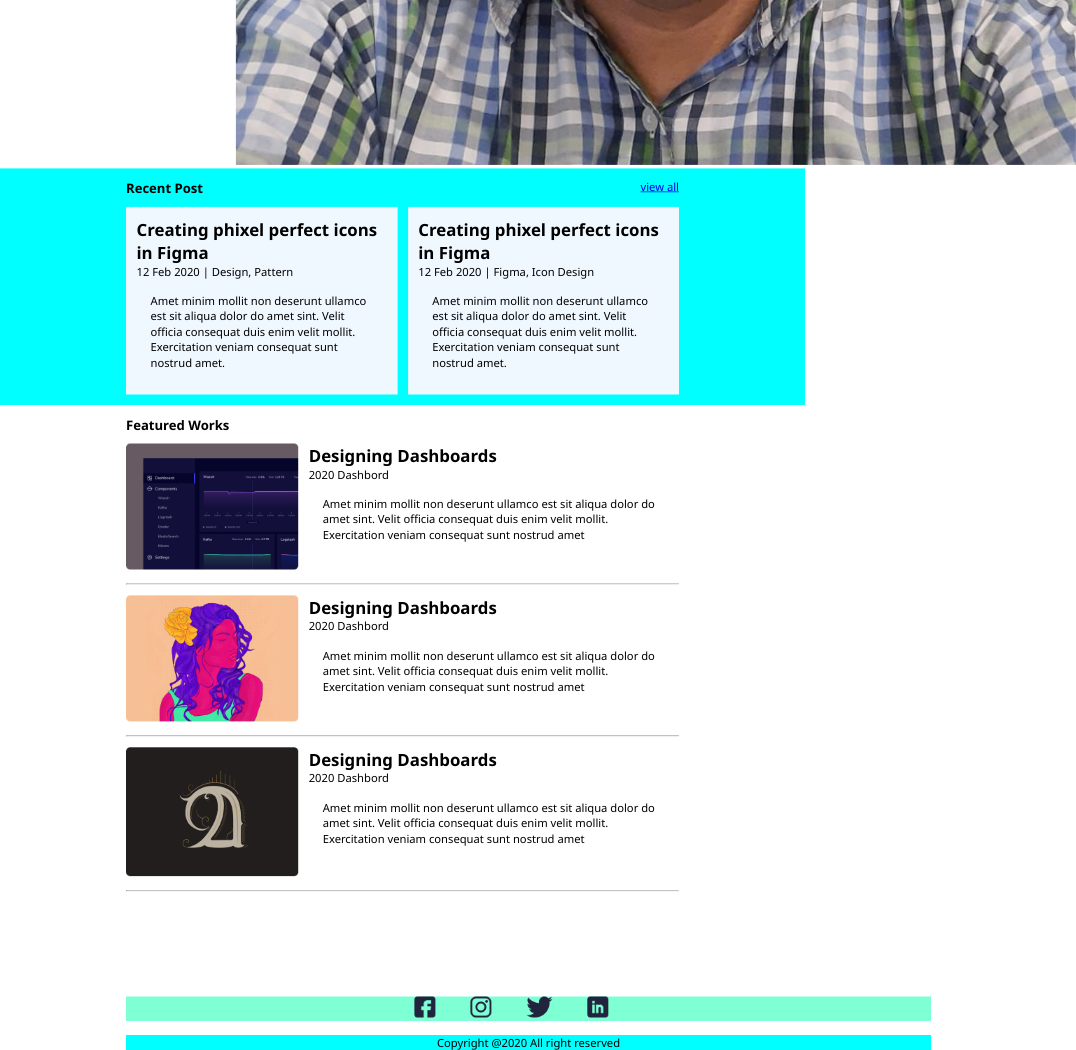
Repository: jafetdn73/portofolio
Page: index.html
These files come from the project's save history. The page is drawn as it stood at one moment and after the next save; the edit follows.
The browser window is 1280 px wide. The page is 1537 px wide, so the pictures cover 1537 px, including what lies to the right of the window. The pictures show the part of the page from y = 1162 to 2762 px (the page is 2662 px tall before and 2762 px after), at 70% of full size.

Above is the page before, as saved 2022-02-23 16:36:51.

### index.html
<!DOCTYPE html>
<html lang="en">
<head>
    <meta charset="UTF-8">
    <meta http-equiv="X-UA-Compatible" content="IE=edge">
    <meta name="viewport" content="width=device-width, initial-scale=1.0">
    <link rel="stylesheet" href="figma.css">
    <title>Belajar HTML CSS</title>
</head>
<body>
    <div class="container">
        <!-- Start Menu Bar -->
        <div class="menu-bar">
            <ul>
                <li>
                    Work
                </li>
                <li>
                    Blog
                </li>
                <li>
                    Contact
                </li>
            </ul>
        </div>
        <!-- Starr Hero -->
        <div class="hero">
            <div class="hero-text">
                <h1>Hi, I am Jafet,<br/>
                    Fullstack Engineer
                </h1>
                <p>
                    Amet minim mollit non deserunt ullamco est sit aliqua dolor do amet sint. Velit officia consequat duis enim velit mollit. Exercitation veniam consequat sunt nostrud amet.
                </p>
                <button>Download Resume</button>
            </div>
            <div class="hero-image">
                <img src="jafet.png"/>
            </div>
        </div>
        <!-- Start Post -->
        <div class="post">
            <div class="post-navi">
                <h3>Recent Post</h3>
                <a href="http://detik.com">view all</a>
            </div>
            <div class="post-content">
                <div class="post-content-detail">
                    <h2>Creating phixel perfect icons in Figma</h2>
                    <label>12 Feb 2020</label>
                    <label>|</label>
                    <label>Design, Pattern</label>
                    <p>
                        Amet minim mollit non deserunt ullamco est sit aliqua dolor do amet sint. Velit officia consequat duis enim velit mollit. Exercitation veniam consequat sunt nostrud amet.
                    </p>
                </div>
                <div class="post-content-detail">
                    <h2>Creating phixel perfect icons in Figma</h2>
                    <label>12 Feb 2020</label>
                    <label>|</label>
                    <label>Figma, Icon Design</label>
                    <p>
                        Amet minim mollit non deserunt ullamco est sit aliqua dolor do amet sint. Velit officia consequat duis enim velit mollit. Exercitation veniam consequat sunt nostrud amet.
                    </p>
                </div>
            </div>
        </div>
        <!-- Start Featured -->
        <div class="featured">
            <h3>Featured Works</h3>
            <div class="featured-detail">
                <div class="featured-image">
                    <img src="Rectangle 30.png"/>
                </div>
                <div class="featured-text">
                    <h2>Designing Dashboards</h2>
                    <label>2020</label>
                    <label>Dashbord</label>
                    <p>
                        Amet minim mollit non deserunt ullamco est sit aliqua dolor do amet sint. Velit officia consequat duis enim velit mollit. Exercitation veniam consequat sunt nostrud amet
                    </p>
                </div>
            </div>
            <hr/>
            <div class="featured-detail">
                <div class="featured-image">
                    <img src="Rectangle 32.png"/>
                </div>
                <div class="featured-text">
                    <h2>Designing Dashboards</h2>
                    <label>2020</label>
                    <label>Dashbord</label>
                    <p>
                        Amet minim mollit non deserunt ullamco est sit aliqua dolor do amet sint. Velit officia consequat duis enim velit mollit. Exercitation veniam consequat sunt nostrud amet
                    </p>
                </div>
            </div>
            <hr/>
            <div class="featured-detail">
                <div class="featured-image">
                    <img src="Rectangle 34.png"/>
                </div>
                <div class="featured-text">
                    <h2>Designing Dashboards</h2>
                    <label>2020</label>
                    <label>Dashbord</label>
                    <p>
                        Amet minim mollit non deserunt ullamco est sit aliqua dolor do amet sint. Velit officia consequat duis enim velit mollit. Exercitation veniam consequat sunt nostrud amet
                    </p>
                </div>
            </div>
            <hr/>
        </div>
        <!-- Start Social Media -->
        <div class="social-media"><img src="fb.png"/><img src="insta.png"/><img src="group.png"/><img src="linkedin.png"/></div>
        <div class="copyright">Copyright @2020 All right reserved</div>
    </div>
</body>
</html>

### figma.css
* {
    margin: 0;
    font-family:'Segoe UI', Tahoma, Geneva, Verdana, sans-serif
}

.container {
    width: 1150px;
}

.menu-bar {
    display: flex;
    justify-content: flex-end;
    margin-top: 20px;
}

.menu-bar ul li {
    display: inline;
    margin-right: 30px;
    font-size: 20px;
}

/* Start Hero */
.hero {
    display: flex;
    justify-content: space-around;
    margin-top: 150px;
    padding: 0 100px;
}

.hero-text {
    width: 450px;
}

.hero-text h1 {
    font-size: 44px;
    font-weight: 400px;
}

.hero-text p {
    font-size: 16px;
}

.hero-text h1, p, button
{
    margin: 20px;
}

.hero-text button {
    background-color: #FF6464;
    border-style: none;
    padding: 15px;
    font-size: 20px;
    color: white;
}

/* Start Post */
.post {
    background-color:aqua;
    padding:15px 180px;
}

.post-navi {
    display :flex;
    justify-content:space-between ;
}

.post-content {
    display: flex;
    margin-top: 15px;
    gap:15px;
}

.post-content-detail {
    background-color: aliceblue;
    padding:15px;
}

/* Start Featured */
.featured {
    margin : 15px 180px;
    gap:15px;
}

.featured-detail {
    display:flex;
    margin-top: 15px;
    margin-bottom: 15px;
}

.featured-image {
    margin-right: 15px;
}


.social-media{
    background-color: aquamarine;
    margin-top: 150px;
    margin-left: 180px;
    width: 1150px;
    text-align: center;
    display: inline-flexbox;
}

.social-media img {
    margin-right: 50px;
}

.copyright {
    background-color: aqua;
    margin-top: 20px;
    margin-left: 180px;
    width: 1150px;
    text-align: center;
}

After the next save:
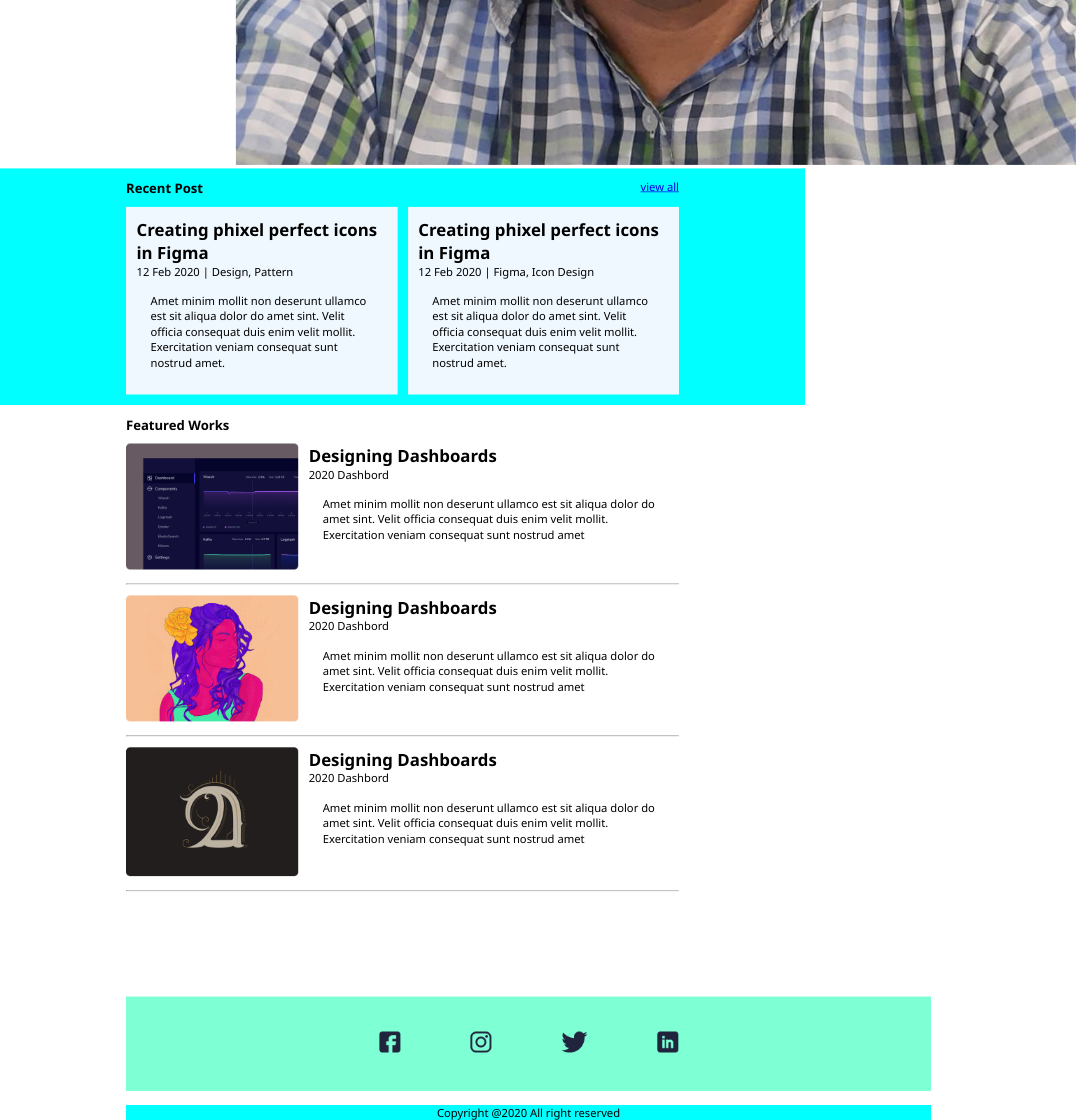
Saved 3 min 23 s later.
--- a/figma.css
+++ b/figma.css
@@ -102,7 +102,7 @@
 }
 
 .social-media img {
-    margin-right: 50px;
+    margin:50px;
 }
 
 .copyright {
